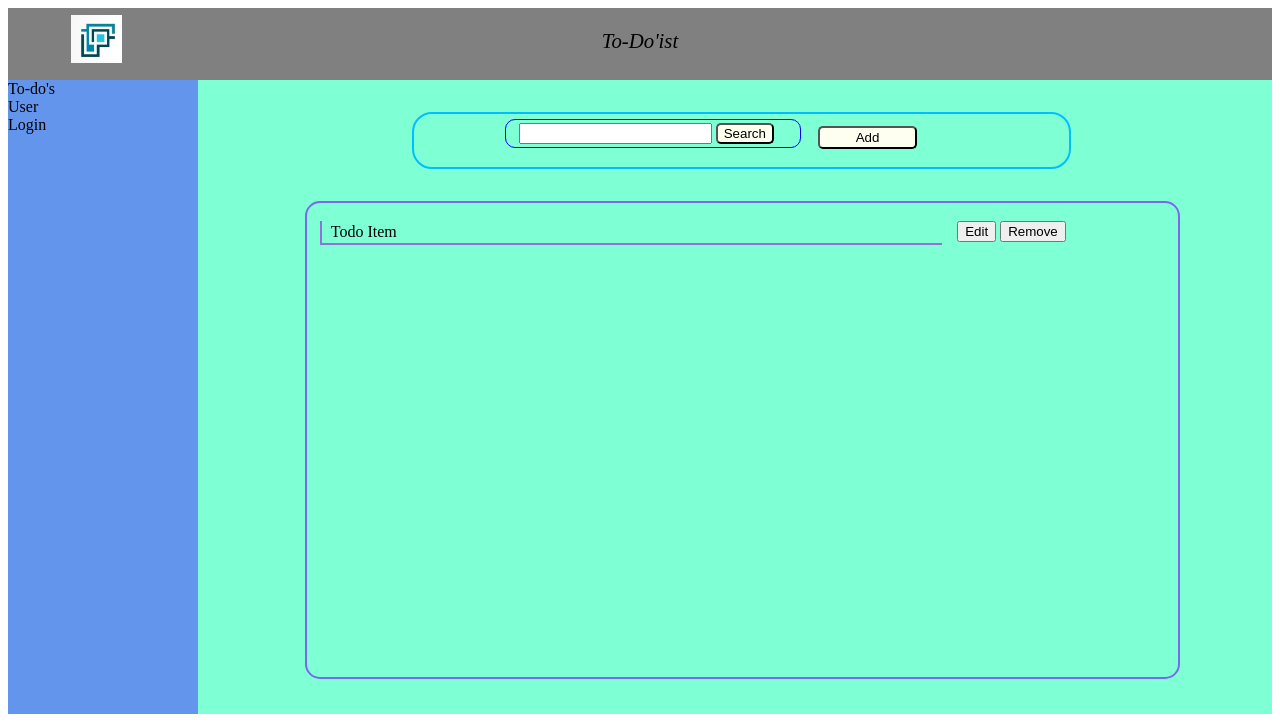
Repository: tavisca-pkadam/Todo-Website
Page: home.html
The author's editor kept a copy of each file at every save. The page is drawn from the files as they stood at one save, then again after a run of saves.
The browser window is 1280 px wide. The pictures show the whole page.

Above is the page before, as saved 2019-08-20 08:07:37.

### home.html
<!DOCTYPE html>
<html>
  <head>
    <meta charset="utf-8" />
    <meta http-equiv="X-UA-Compatible" content="IE=edge" />
    <title>Page Title</title>
    <meta name="viewport" content="width=device-width, initial-scale=1" />
    <link rel="stylesheet" type="text/css" media="screen" href="main.css" />

    <link rel="import" href="components/header.html" />

    <!-- <script src='main.js'></script> -->
  </head>
  <body>
    <div id="head" class="header">
      <img id="company_logo" src="src/logo.jpg" width="5%" />
      <p id="todo_header"><i>To-Do'ist</i></p>
    </div>


    <div id="side_nav">
      <div>
        To-do's
      </div>
      <div>
        User
      </div>
      <div>
        Login
      </div>
    </div>
    <div id="todo_content">
        <div id="todo_content_head">
            <div id="todo_content_search">
                <input type="text" style="padding-right:10px">
                <button class="search_button">Search</button>
            </div>
            <button id="todo_content_add" class="search_button">Add</button>
        </div>
        <div id="todo_list">
            <div class="todo_item">
                <div class="todo_detail">
                        Todo Item
                </div>
                <button class="todo_edit_btn">Edit</button>
                <button>Remove</button>
            </div>
        </div>
    </div>
  </body>
</html>

### main.css
.header {
    background-color:gray;
    position: relative;
    width: 100%;
    height: 10vh;
}

#company_logo {
    position: absolute;
    left: 5%;
    width: 4%;
    margin-top: 1vh;
}

#todo_header {
    font-size: 1.3em;
    font-style: oblique;
    font-stretch: expanded;
    position: absolute;
    width: 100%;
    text-align: center;
    /* right: 45%; */
}

#side_nav {
    position: fixed;
    width: 15%;
    background-color: cornflowerblue;
    height: 88vh;
}

#todo_content {
    position: relative;
    left: 15%;
    width:85%;
    background-color: aquamarine;
    height: 88vh;
}

#todo_content_head {
    border: 1px;
    position: relative;
    /* background-color: deepskyblue; */
    padding: 5px;
    width: 60%;
    height: 6vh;
    border-radius: 20px;
    left: 20%;
    top: 5%;

    border-width: 2px;
    border-style: solid;
    border-color: deepskyblue;
}

.search_button{
    text-align: center;
    background-color: ivory;
    border-radius: 5px;
}

#todo_content_search{
    position: absolute;
    /* background-color: darksalmon; */
    padding: 0.5%;
    margin-left:4%;
    padding-left: 2%;
    padding-right: 4%;
    left: 5vw;
    border-radius: 10px;
    border-width: 1px;
    border-style: solid;
    border-color: blue;

}
#todo_content_add {
    position: absolute;
    padding: 2px;
    background-color: ivory;
    left: 30vw;
    top: 10px;
    width: 15%;
    margin: 2px;
    margin-left: 20px;
}


#todo_list {
    /* background-color: mediumslateblue; */
    position: relative;
    width: 80%;
    left: 10%;
    top: 10%;
    height: 65vh;
    border-radius: 15px;
    padding:3px;
    padding-left: 8px;


    border-width: 2px;
    border-style: solid;
    border-color: mediumslateblue;
}

.todo_item{
    margin:5px;
    margin-top: 15px;
}

.todo_edit_btn{
    margin-left: 75%;
}

.todo_detail{
    width: 70%;

    position: absolute;
    padding: 2px;
    padding-left: 1%;

    border-bottom: 6px solid;
    border-left: 6px solid;
    border-width: 2px;
    border-color: mediumpurple;
    }

After the next 2 saves:
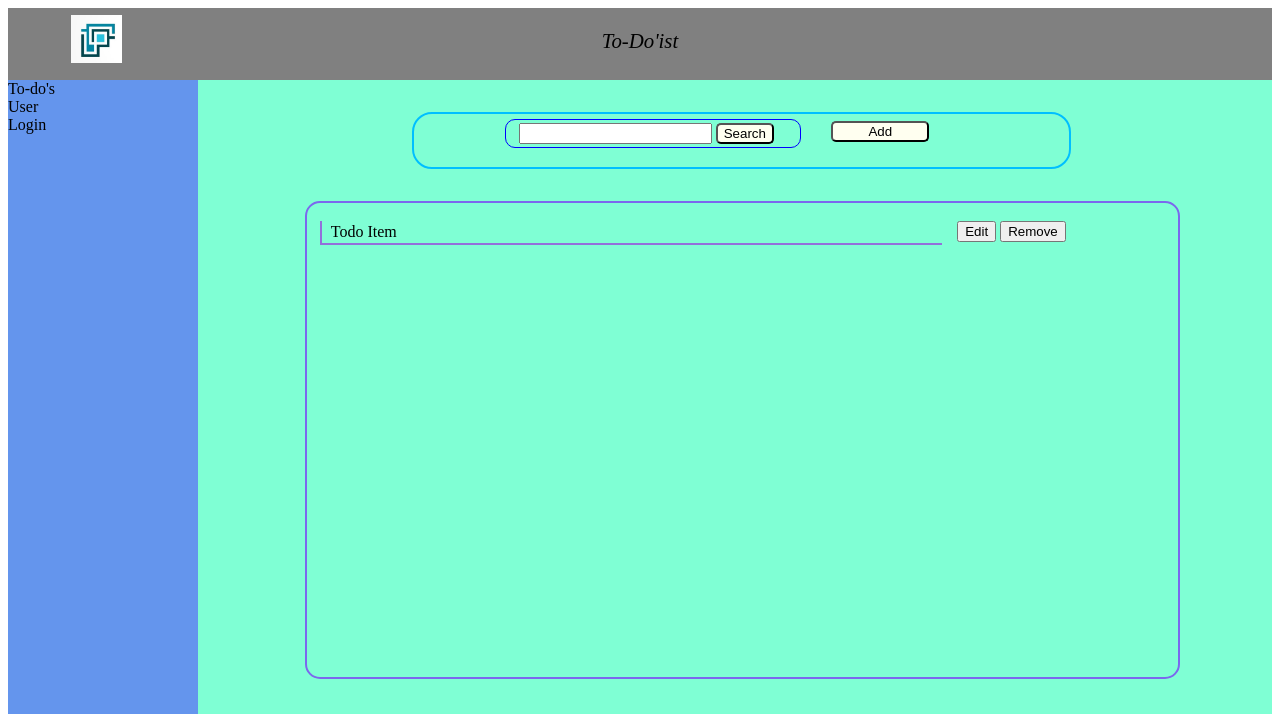
The 2 saves are shown as one change because they came seconds apart.
The last was saved 83 s later.
--- a/main.css
+++ b/main.css
@@ -75,13 +75,13 @@
 }
 #todo_content_add {
     position: absolute;
-    padding: 2px;
+    /* padding: 2px; */
     background-color: ivory;
     left: 30vw;
-    top: 10px;
+    /* top: 10px; */
     width: 15%;
     margin: 2px;
-    margin-left: 20px;
+    margin-left: 5%;
 }
 
 
